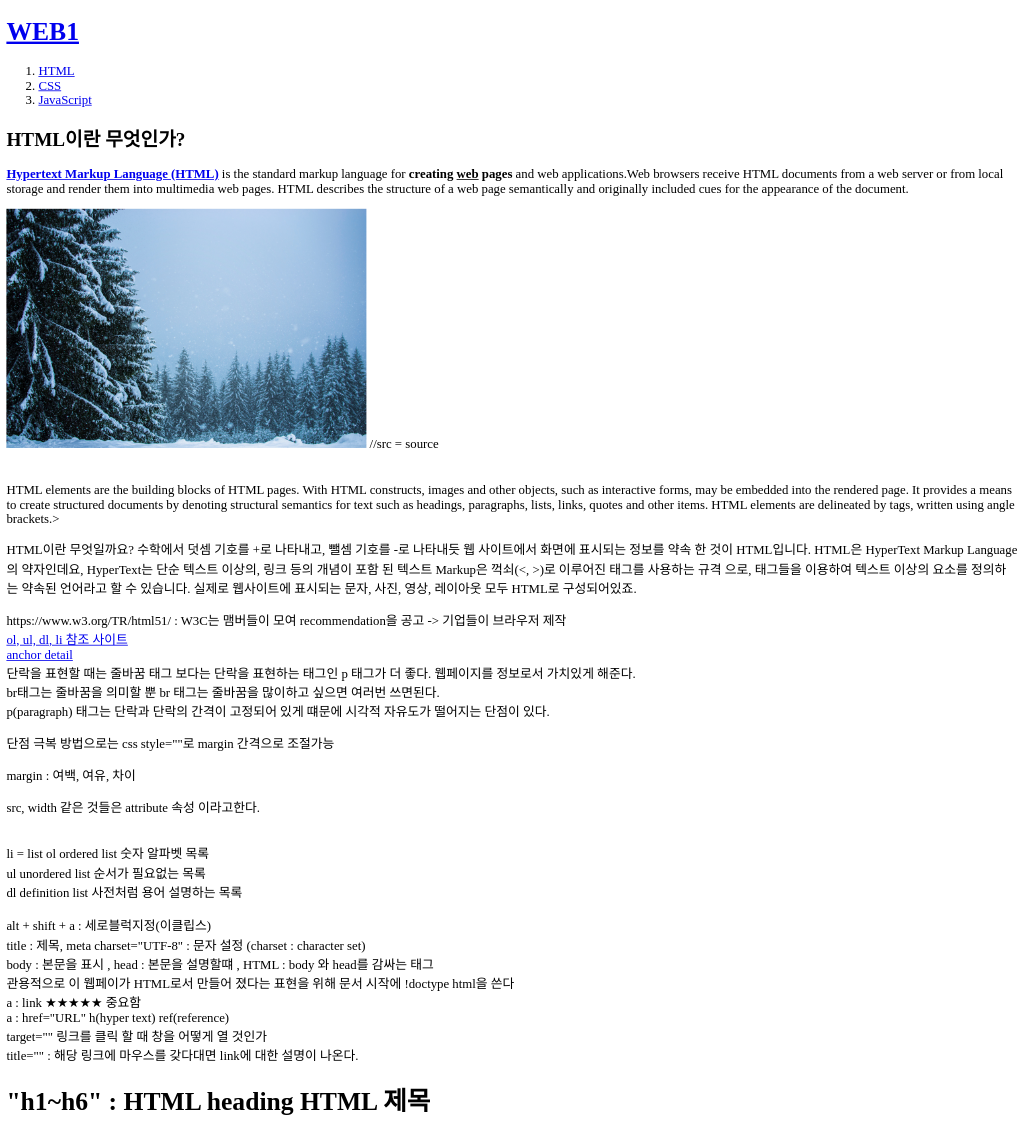
Repository: winterer4/Web-1
Page: HTML5/1.html
These files come from the project's save history. The page is drawn as it stood at one moment and after the next save; the edit follows.
The browser window is 1280 px wide. The pictures show the whole page, at 80% of full size.

Above is the page before, as saved 2018-10-29 07:44:53.

After the next save:
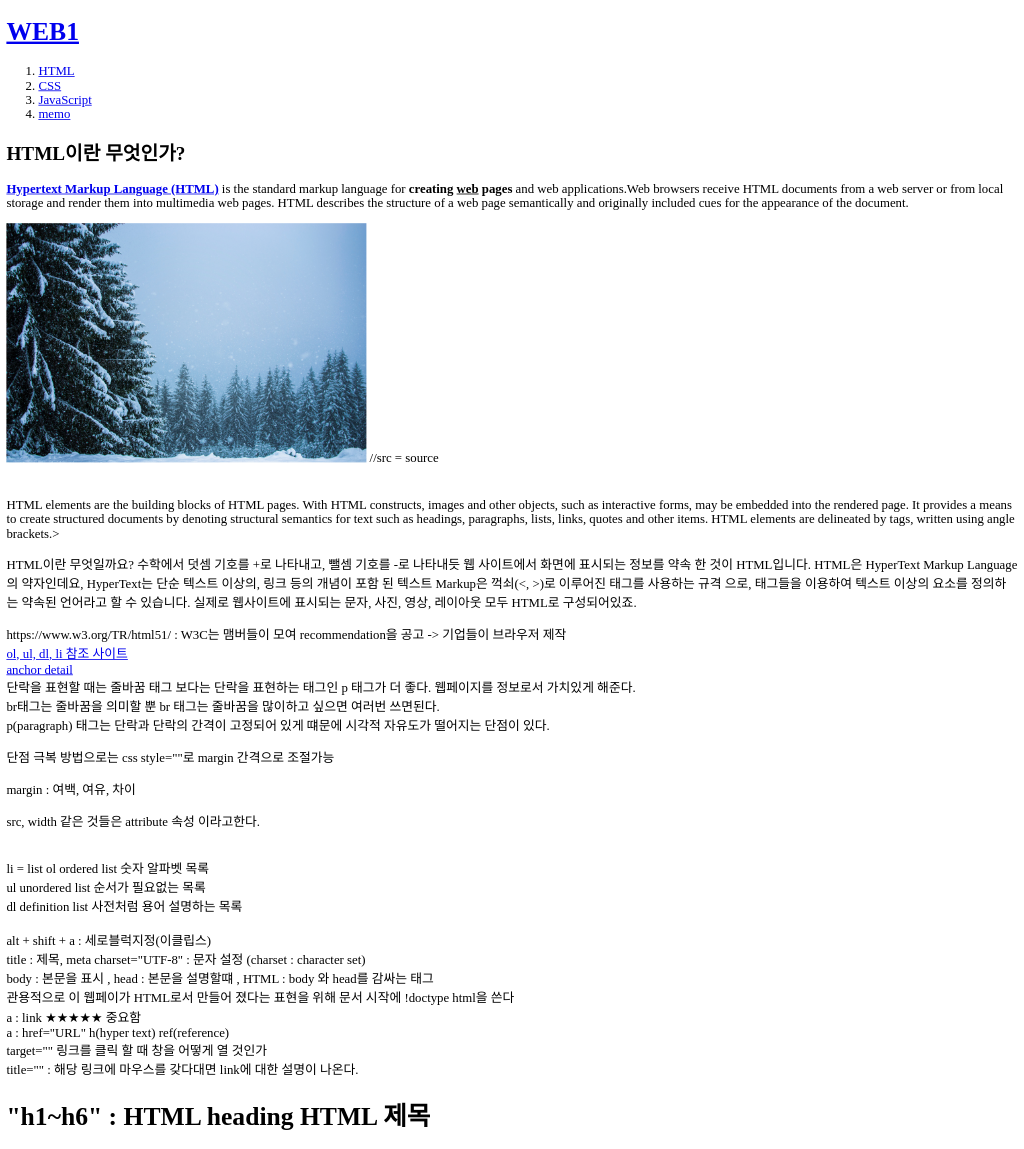
Saved 86 s later.
--- a/HTML5/1.html
+++ b/HTML5/1.html
@@ -10,6 +10,7 @@
 	<li><a href="1.html">HTML      </a></li>
 	<li><a href="2.html">CSS       </a></li>
 	<li><a href="3.html">JavaScript</a></li>
+	<li><a href="memo.html">memo</a></li>
 </ol>
 
 	<h2>HTML이란 무엇인가?</h2>
